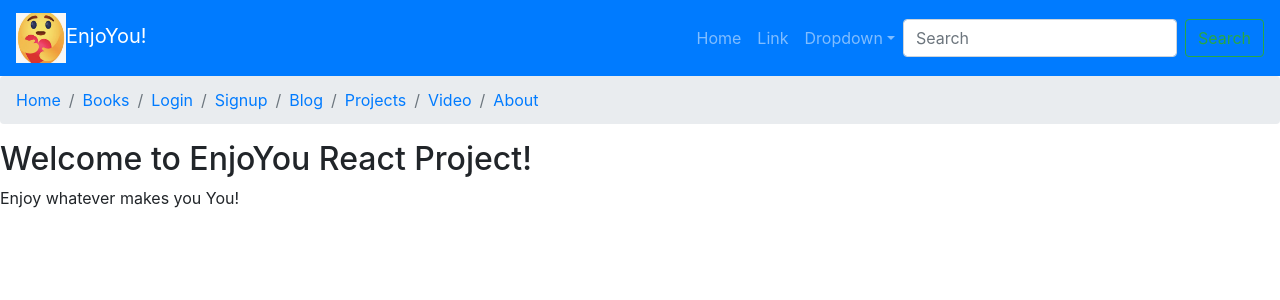
Repository: ebo-arcadia/enjoyou
Page: /
An editor plug-in stored every save of this project. The page is shown before and after a run of saves, followed by the edit.
The browser window is 1280 px wide. The pictures show the whole page.
The project was rebuilt for these pictures with package versions that can differ from the ones it lists, and the page was loaded fresh each time. Also part of the build but not shown: src/components/BooksList.js, src/containers/Login.js, src/containers/signup.js, src/containers/blog.js, src/containers/Projects.js, src/containers/video.js, src/components/About.js.

Above is the page before, as saved 2021-04-20 17:30:11.

### public/index.html
<!DOCTYPE html>
<html lang="en">
  <head>
    <meta charset="utf-8" />
    <link rel="icon" href="%PUBLIC_URL%/favicon.ico" />
    <meta name="viewport" content="width=device-width, initial-scale=1" />
    <meta name="theme-color" content="#000000" />
    <meta
      name="description"
      content="Web site created using create-react-app"
    />
    <link rel="apple-touch-icon" href="%PUBLIC_URL%/logo192.png" />
    <!--
      manifest.json provides metadata used when your web app is installed on a
      user's mobile device or desktop. See https://developers.google.com/web/fundamentals/web-app-manifest/
    -->
    <link rel="manifest" href="%PUBLIC_URL%/manifest.json" />
    <link rel="stylesheet" href="https://cdn.jsdelivr.net/npm/bootstrap@4.6.0/dist/css/bootstrap.min.css" integrity="sha384-B0vP5xmATw1+K9KRQjQERJvTumQW0nPEzvF6L/Z6nronJ3oUOFUFpCjEUQouq2+l" crossorigin="anonymous" />

    <!--
      Notice the use of %PUBLIC_URL% in the tags above.
      It will be replaced with the URL of the `public` folder during the build.
      Only files inside the `public` folder can be referenced from the HTML.

      Unlike "/favicon.ico" or "favicon.ico", "%PUBLIC_URL%/favicon.ico" will
      work correctly both with client-side routing and a non-root public URL.
      Learn how to configure a non-root public URL by running `npm run build`.
    -->
    <title>React App</title>
  </head>
  <body>
    <noscript>You need to enable JavaScript to run this app.</noscript>
    <div id="root"></div>
    <!--
      This HTML file is a template.
      If you open it directly in the browser, you will see an empty page.

      You can add webfonts, meta tags, or analytics to this file.
      The build step will place the bundled scripts into the <body> tag.

      To begin the development, run `npm start` or `yarn start`.
      To create a production bundle, use `npm run build` or `yarn build`.
    -->
  </body>
</html>

### src/containers/App.js
import React from "react";
import 'bootstrap/dist/css/bootstrap.min.css';
import { BrowserRouter as Router, Switch, Route, Link } from "react-router-dom";
import Home from '../components/Home';
import BooksList from '../components/BooksList';
import Login from '../containers/Login';
import Signup from '../containers/Signup';
import Blog from '../containers/Blog';
import Projects from '../containers/Projects';
import Video from '../containers/Video';
import About from '../components/About'
import { Breadcrumb } from 'react-bootstrap';
import NavigationBar from '../components/NavigationBar';

export default function App() {
  return (
    <React.Fragment>
      <Router>
        <div>
          <NavigationBar />
          <nav>
            <Breadcrumb>
              <Breadcrumb.Item><Link to="/">Home</Link></Breadcrumb.Item>
              <Breadcrumb.Item><Link to="/books">Books</Link></Breadcrumb.Item>
              <Breadcrumb.Item><Link to="/login">Login</Link></Breadcrumb.Item>
              <Breadcrumb.Item><Link to="/signup">Signup</Link></Breadcrumb.Item>
              <Breadcrumb.Item><Link to="/blog">Blog</Link></Breadcrumb.Item>
              <Breadcrumb.Item><Link to="/projects">Projects</Link></Breadcrumb.Item>
              <Breadcrumb.Item><Link to="/video">Video</Link></Breadcrumb.Item>
              <Breadcrumb.Item><Link to="/about">About</Link></Breadcrumb.Item>
            </Breadcrumb>
          </nav>

          {/* A <Switch> looks through its children <Route>s and
              renders the first one that matches the current URL. */}
          <Switch>
            <Route path="/home"><Home /></Route>
            <Route path="/books"><BooksList /></Route>
            <Route path="/login"><Login /></Route>
            <Route path="/signup"><Signup /></Route>
            <Route path="/blog"><Blog /></Route>
            <Route path="/projects"><Projects /></Route>
            <Route path="/video"><Video /></Route>
            <Route path="/about"><About /></Route>
            <Route exact path="/"><Home /></Route>
          </Switch>
        </div>
      </Router>
    </React.Fragment>
  );
}

// function Home()        { return <h2>Home</h2> }
// function About()       { return <h2>About</h2> }
// function Users()       { return <h2>Users</h2> }
// function Books()       { return <h2>Books</h2> }
// function Bestseller()  { return <h2>Best Seller</h2> }
// function Notes()       { return <h2>Notes</h2> }

### src/components/Home.js
import React from 'react';

const Home = () => {
    return (
        <div>
            <h2>Welcome to EnjoYou React Project!</h2>
            <p>Enjoy whatever makes you You!</p>
        </div>
    );
}

export default Home;

### src/components/NavigationBar.js
import React from 'react';
import { Navbar, Nav, NavDropdown, Form, FormControl, Button } from 'react-bootstrap';
import Logo from '../assets/logo.png';

const NavigationBar = () => {
    return (
        <Navbar bg="primary" expand="lg" variant="dark">
        <Navbar.Brand href="#home"><img src={Logo} style={{width: 50, height: 50}} className="logo" alt="logo"/>EnjoYou!</Navbar.Brand>
        <Navbar.Toggle aria-controls="basic-navbar-nav" />
        <Navbar.Collapse id="basic-navbar-nav">
          <Nav className="ml-auto">
            <Nav.Link href="#home">Home</Nav.Link>
            <Nav.Link href="#link">Link</Nav.Link>
            <NavDropdown title="Dropdown" id="basic-nav-dropdown">
              <NavDropdown.Item href="#action/3.1">Action</NavDropdown.Item>
              <NavDropdown.Item href="#action/3.2">Another action</NavDropdown.Item>
              <NavDropdown.Item href="#action/3.3">Something</NavDropdown.Item>
              <NavDropdown.Divider />
              <NavDropdown.Item href="#action/3.4">Separated link</NavDropdown.Item>
            </NavDropdown>
          </Nav>
          <Form inline>
            <FormControl type="text" placeholder="Search" className="mr-sm-2" />
            <Button variant="outline-success">Search</Button>
          </Form>
        </Navbar.Collapse>
      </Navbar>
    )
}

export default NavigationBar;

Loaded but not shown: src/index.js (common file); src/index.css (common file); src/reportWebVitals.js (common file)

After the next 2 saves:
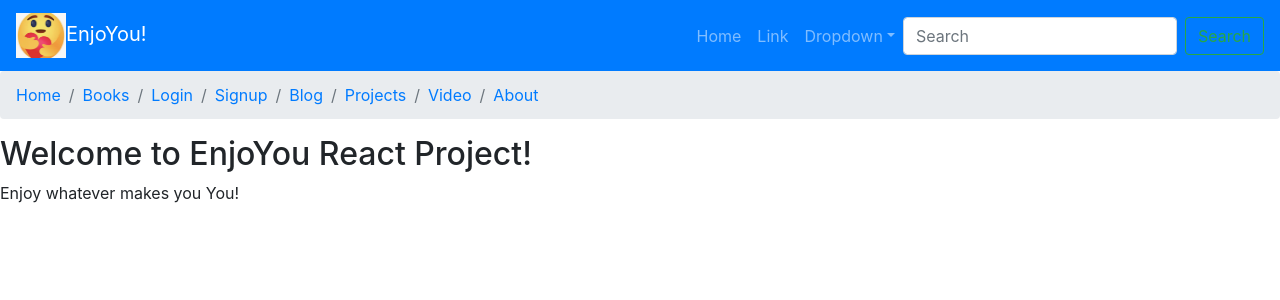
The 2 saves are shown as one change because they came seconds apart.
The last was saved 9 s later.
--- a/src/components/NavigationBar.js
+++ b/src/components/NavigationBar.js
@@ -5,7 +5,7 @@ import Logo from '../assets/logo.png';
 const NavigationBar = () => {
     return (
         <Navbar bg="primary" expand="lg" variant="dark">
-        <Navbar.Brand href="#home"><img src={Logo} style={{width: 50, height: 50}} className="logo" alt="logo"/>EnjoYou!</Navbar.Brand>
+        <Navbar.Brand href="#home"><img src={Logo} style={{width: 50, height: 45}} className="logo" alt="logo"/>EnjoYou!</Navbar.Brand>
         <Navbar.Toggle aria-controls="basic-navbar-nav" />
         <Navbar.Collapse id="basic-navbar-nav">
           <Nav className="ml-auto">
